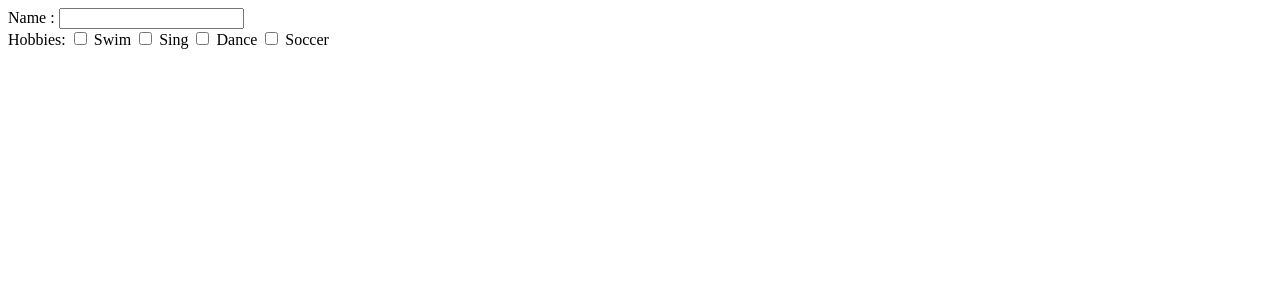
Repository: 164424-RoshanKanwal/All_Assignments
Page: MyFirstProject/WebContent/HTML/userForm.html
The author's editor kept a copy of each file at every save. The page is drawn from the files as they stood at one save, then again after the next save.
The browser window is 1280 px wide. The pictures show the whole page.

Above is the page before, as saved 2018-12-03 12:25:57.

### MyFirstProject/WebContent/HTML/userForm.html
<!DOCTYPE html>
<html>
<head>
<meta charset="ISO-8859-1">
<title>Insert title here</title>
</head>
<body>
<form action ="/MyFirstProject/first" method = "">
Name : <input type="text" name = "userName" id = "userId"><br>
Hobbies: <input type = "checkbox" name = "Swim"> Swim
<input type = "checkbox" name = "Sing"> Sing
<input type = "checkbox" name = "Dance"> Dance
<input type = "checkbox" name = "Soccer"> Soccer


</form>
</body>
</html>

After the next save:
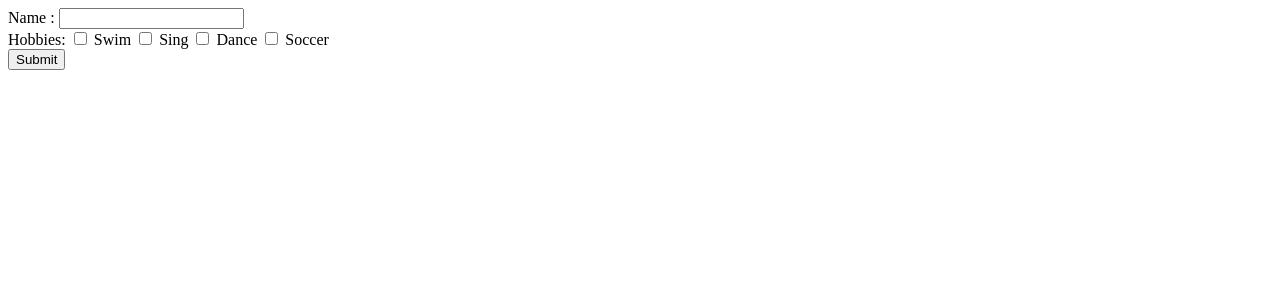
Saved 106 s later.
--- a/MyFirstProject/WebContent/HTML/userForm.html
+++ b/MyFirstProject/WebContent/HTML/userForm.html
@@ -11,7 +11,8 @@ Hobbies: <input type = "checkbox" name = "Swim"> Swim
 <input type = "checkbox" name = "Sing"> Sing
 <input type = "checkbox" name = "Dance"> Dance
 <input type = "checkbox" name = "Soccer"> Soccer
-
+<br>
+<input type = "Submit" value="Submit">
 
 </form>
 </body>
